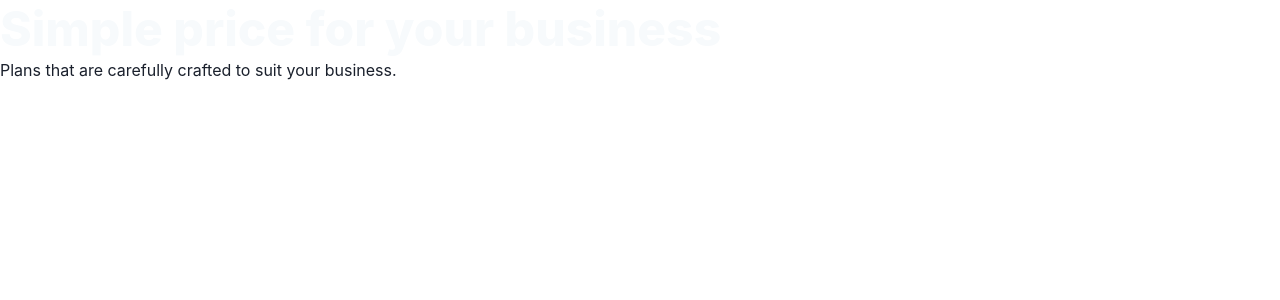
Repository: noutijo/learn-in-depth-chakra-ui
Page: /
These files come from the project's save history. The page is drawn as it stood at one moment and after the next save; the edit follows.
The browser window is 1280 px wide. The pictures show the whole page.
The project was rebuilt for these pictures with package versions that can differ from the ones it lists, and the page was loaded fresh each time. Also part of the build but not shown: vite.config.ts.

Above is the page before, as saved 2023-01-30 14:50:36.

After the next save:
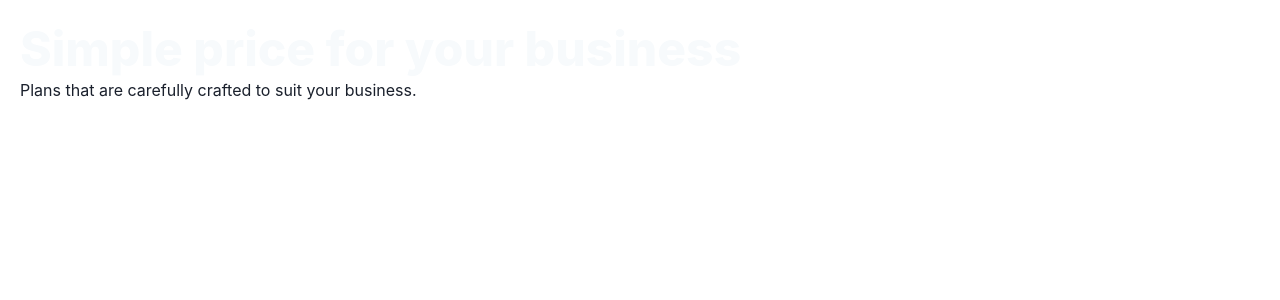
Saved 24 s later.
--- a/src/App.tsx
+++ b/src/App.tsx
@@ -5,7 +5,7 @@ import { Header } from "./components/Header";
 export default function App() {
   return (
     <div className="App">
-      <Box m="auto">
+      <Box m="20px">
       <Header />
       </Box>
     </div>

After the save that followed:
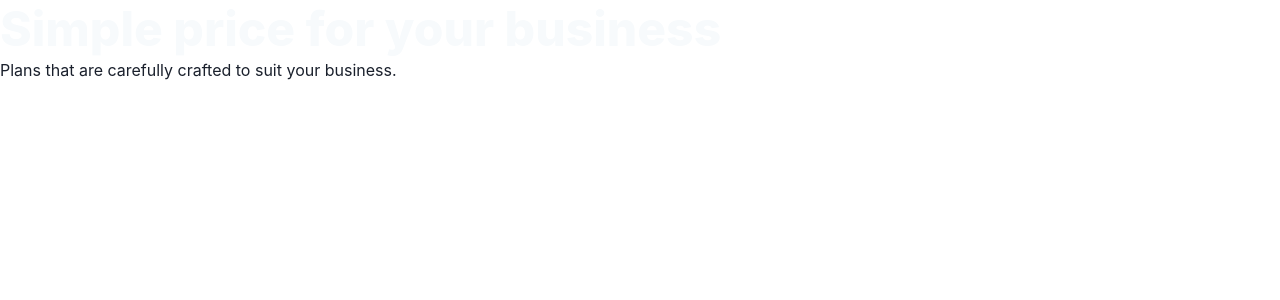
Saved 4 s later.
--- a/src/App.tsx
+++ b/src/App.tsx
@@ -5,7 +5,7 @@ import { Header } from "./components/Header";
 export default function App() {
   return (
     <div className="App">
-      <Box m="20px">
+      <Box m="auto">
       <Header />
       </Box>
     </div>
